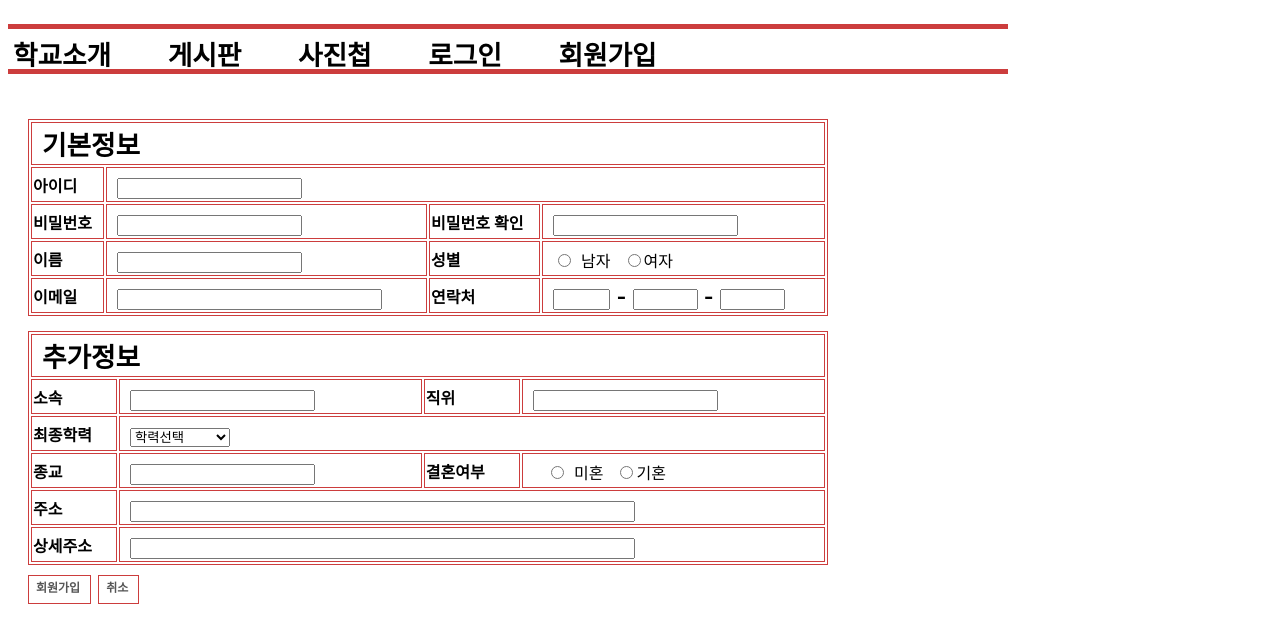
Repository: asaf0813/aisw
Page: java/이클립스/workspace/html/htmltest/WebContent/member/join.html
These files come from the project's save history. The page is drawn as it stood at one moment and after the next save; the edit follows.
The browser window is 1280 px wide. The pictures show the part of the page from y = 158 to 792 px (the page is 792 px tall before and 788 px after).

Above is the page before, as saved 2019-10-03 11:02:18.

### java/이클립스/workspace/html/htmltest/WebContent/member/join.html
<!doctype html>
<html lang="en">
	<head>
		<meta charset="UTF-8">
		<meta name="Generator" content="EditPlus®">
		<meta name="Author" content="">
		<meta name="Keywords" content="">
		<meta name="Description" content="">
		<title>join</title>
		<link href="./join.css" rel="stylesheet" type="text/css" >
		<style type="text/css">
		a { text-decoration:none }
		</style>


		<script>
			function send(){
				var id_view = document.frm.id_view.value;
				var password = document.frm.password.value;
				var password2 = document.frm.password2.value;
				var email = document.frm.emailAdres.value;
				var tel1 = document.frm.Phone1.value;
				var tel2 = document.frm.Phone2.value;
				var tel3 = document.frm.Phone3.value;
				var tel3 = document.frm.Phone3.value;
				var name = document.frm.name.value;

				if(id_view==""){
					alert("아이디를 입력해주세요");
					document.frm.id_view.focus();
					return;
				} else if(password=="") {
					alert("비밀번호를 입력해주세요");
					document.frm.password.focus();
					return;
				} else if(password2=="") {
					alert("비밀번호를 확인해주세요");
					document.frm.password.focus();
					return;
				} else if(name=="") {
					alert("이름을 입력해주세요.");
					document.frm.password.focus();
					return;
				} else {
					if(confirm("가입하시겠습니까?")) {
						document.frm.submit();
					}
				}

				var regExp = /[a-z0-9]{2,}@[a-z0-9-]{2,}\.[a-z0-9]{2,}/i;

				if(!regExp.test(email)){
					alert("이메일 형식이 일치하지 않습니다.");
					document.frm.emailAdres.focus();
					return;
				}

				var tel1Chk = /^0(2|1[01679])$/;
				var tel2Chk = /^[0-9]{3,}$/;
				var tel3Chk = /^[0-9]{4}$/;

				if (tel1.value != '') {
					if (!tel1Chk.test(tel1)){
						alert("번호형식이 일치하지 않습니다.");
						document.frm.Phone1.focus();
						return;
					}
					if (!tel2Chk.test(tel2)){
						alert("번호형식이 일치하지 않습니다.");
						document.frm.Phone2.focus();
						return;
					}
					if (!tel3Chk.test(tel3)){
						alert("번호형식이 일치하지 않습니다.");
						document.frm.Phone3.focus();
						return;
					}
				}
			}

		</script>
	</head>
	<body>
		<div class="header">
			<a href="../main.html">
			<img width="100%" height="150" src = "http://www.postech.ac.kr/wp-content/themes/postech/images/imgs/signature4.png", alt="" ></a>
		<div>
			<p style="margin-top:20px"></p>
		</div>

		<div class="topnavi_ds">
			<div class="topnavi">
				<a href="../intro/intro.html">학교소개</a> <a href="../board/list.html">게시판</a> <a href="../picture/list.html">사진첩</a> <a href="../member/login.html">로그인</a> <a href="../member/join.html">회원가입</a>
			</div>
		</div>


		<div class="divide"/>

		<div class="body">

			<form name="frm">
				<div class="modify_user">
					<table>
						<tr><td colspan="4" height="30">기본정보</td></tr>
						<tr>
							<th>아이디</th>
							<td colspan="3">
							<input type="text" size="20" maxlength="20" name="id_view" >
							</td>
						</tr>
						<tr>
							<th>비밀번호</th>
							<td><input type="password" path="password" name="password" id="password" title="비밀번호" size="20" maxlength="20" /></td>
							<th>비밀번호 확인</th>
							<td><input name="password2" id="password2" title="비밀번호확인" type="password" size="20" maxlength="20" /></td>
						</tr>
						<tr>
							<th>이름</th>
							<td><input name="userNm" id="userNm" title="사용자이름" type="text" size="20" value="" maxlength="60" /></td>
							<th>성별</th>
							<td>
								<input type="radio" id="gen" name="gen" title="성별" value="남자">
								<span style="font-size:12pt; font-weight:normal;">남자</style>
								&nbsp;&nbsp;<input type="radio" id="gen" name="gen" title="성별" value="여자">여자</span>
							</td>
						</tr>
						<tr>
							<th>이메일</th>
							<td><input name="emailAdres" id="emailAdres" title="이메일주소" cssClass="txaIpt" size="30" maxlength="50" /></td>
							<th>연락처</th>
							<td>
								<input name="Phone1" id="Phone1" title="번호1" cssClass="txaIpt" size="4" maxlength="3" /> -
								<input name="Phone2" id="Phone2" title="번호2" cssClass="txaIpt" size="5" maxlength="4" /> -
								<input name="Phone3" id="Phone3" title="번호3" cssClass="txaIpt" size="5" maxlength="4" />
								<input type="hidden" name="memberPhone" id="memberPhone" title="핸드폰번호" size="20" maxlength="15" />
							</td>
						</tr>
					</table>
					<br />
					<table>
						<tr><td colspan="6" height="30">추가정보</td></tr>
						<tr>
							<th>소속</th>
							<td colspan="1"><input name="orgnz" id="orgnz" title="소속" type="text" size="20" value="" maxlength="60" /></td>
							<th>직위</th>
							<td><input name="position" id="position" title="직위" type="text" size="20" value="" maxlength="60" /></td>
						</tr>
						<tr>
							<th>최종학력</th>
							<td colspan="3">
								<select name="spec" title="최종학력">
									<option value="">학력선택</option>
									<option value="초등학교 재학">초등학교 재학</option>
									<option value="초등학교 졸업">초등학교 졸업</option>
									<option value="중학교 재학">중학교 재학</option>
									<option value="중학교 졸업">중학교 졸업</option>
									<option value="고등학교 재학">고등학교 재학</option>
									<option value="고등학교 졸업">고등학교 졸업</option>
									<option value="대학교 재학">대학교 재학</option>
									<option value="대학교 졸업">대학교 졸업</option>
									<option value="대학원 재학">대학원 재학</option>
								</select>
							</td>
						</tr>
						<tr>
							<th>종교</th>
							<td><input name="religion" id="religion" title="종교" type="text" size="20" value="" maxlength="60" /></td>
							<th>결혼여부</th>
							<td>
								&nbsp;&nbsp;<input type="radio" name="marry" value="미혼">
								<span style="font-size:12pt; font-weight:normal;">미혼</style>
								&nbsp;&nbsp;<input type="radio" name="marry" value="기혼">기혼</span>
							</td>
						</tr>
						<tr>
							<th>주소</th>
							<td colspan="3">
								<input type="text" name="zipcode" size="60">
							</td>
						</tr>
						<tr>
							<th>상세주소</th>
							<td colspan="3">
								<input type="text" class="addr" name="addr_remain" size="60">
							</td>
						</tr>
					</table>

					<div class="buttons" style="padding-top:10px;padding-bottom:30px; float:left;">
						<a href="#LINK" onclick="javascript:send(); return false;">회원가입</a>
						<a href="#LINK">취소</a>
					</div>
				</div>
			</form>
		</div>
	</body>
</html>

### java/이클립스/workspace/html/htmltest/WebContent/member/join.css
.header a:hover{color:red;}
.header a{color:blue;}

.header{
	width:1000px;
	height:50px;
	float:left;
	font-size: 9pt;
}

.topnavi_ds{
	width:100%;
	height:5px;
	background-color:#CC3D3D;
	float:left;
}
.topnavi a:hover{color:green;}
.topnavi a{color:#000000;}

.topnavi{
	width:1000px; height:30px;
	float:left;
	margin-top:10px;
	margin-left:5px;
	font-size: 20pt;
	font-weight: bold;
	word-spacing:50px;
}

.divide{
	width:100%;
	height:5px;
	float:left;
	margin-top: 25px;
	background-color:#CC3D3D;
	margin-top:40px;
}

.body{
	font-size: 9pt;
	margin-top:50px;
	margin-left:20px;
	width:1000px;
	height:500px;
	float:left;
}





.modify_user table{
	clear:both; width:800px;
	border: 1px solid #CC3D3D;
    overflow: hidden;
    white-space: nowrap;
    text-align:left;
    cellpadding=5px;
}

.modify_user table th {
	font-size:12pt;
	background-color:#FFFFFF;
	border:1px solid #CC3D3D;
    color:#000000;
    text-align:senter;
}

.modify_user table td{
	font-weight:bold;
	font-size:20pt;
	background-color:#ffffff;
	border:1px solid #CC3D3D;
    color:#000000;
    padding-left:10px;
    text-align:senter;


}


/* btn */
.buttons a, .buttons button{

    display:block;
    float:left;
    margin:0 7px 0 0;
    background-color:#FFFFFF;
    border:1px solid #CC3D3D;
    font-size:9pt;
    line-height:130%;
    text-decoration:none;
    font-weight:bold;
    color:#565656;
    cursor:pointer;
    padding:5px 10px 6px 7px; /* Links */
}

.buttons a:hover{color:#4786AD;}

After the next save:
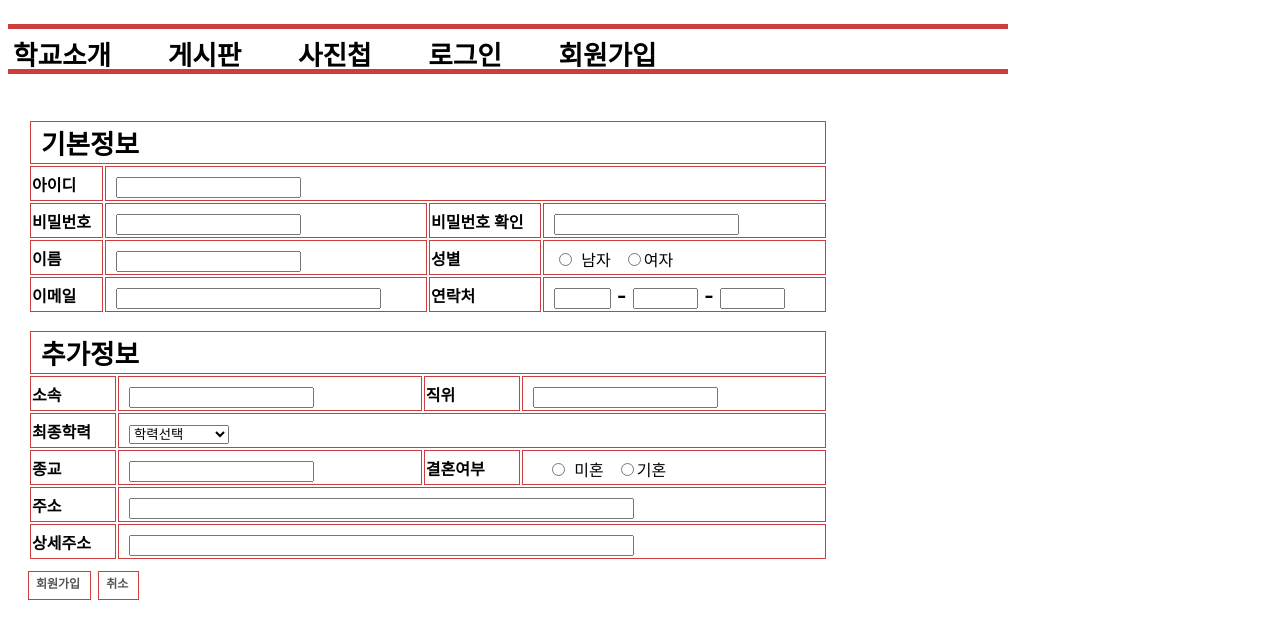
Saved 50 s later.
--- a/java/이클립스/workspace/html/htmltest/WebContent/member/join.css
+++ b/java/이클립스/workspace/html/htmltest/WebContent/member/join.css
@@ -51,11 +51,10 @@
 
 .modify_user table{
 	clear:both; width:800px;
-	border: 1px solid #CC3D3D;
+	border: 0px solid #CC3D3D;
     overflow: hidden;
     white-space: nowrap;
     text-align:left;
-    cellpadding=5px;
 }
 
 .modify_user table th {
